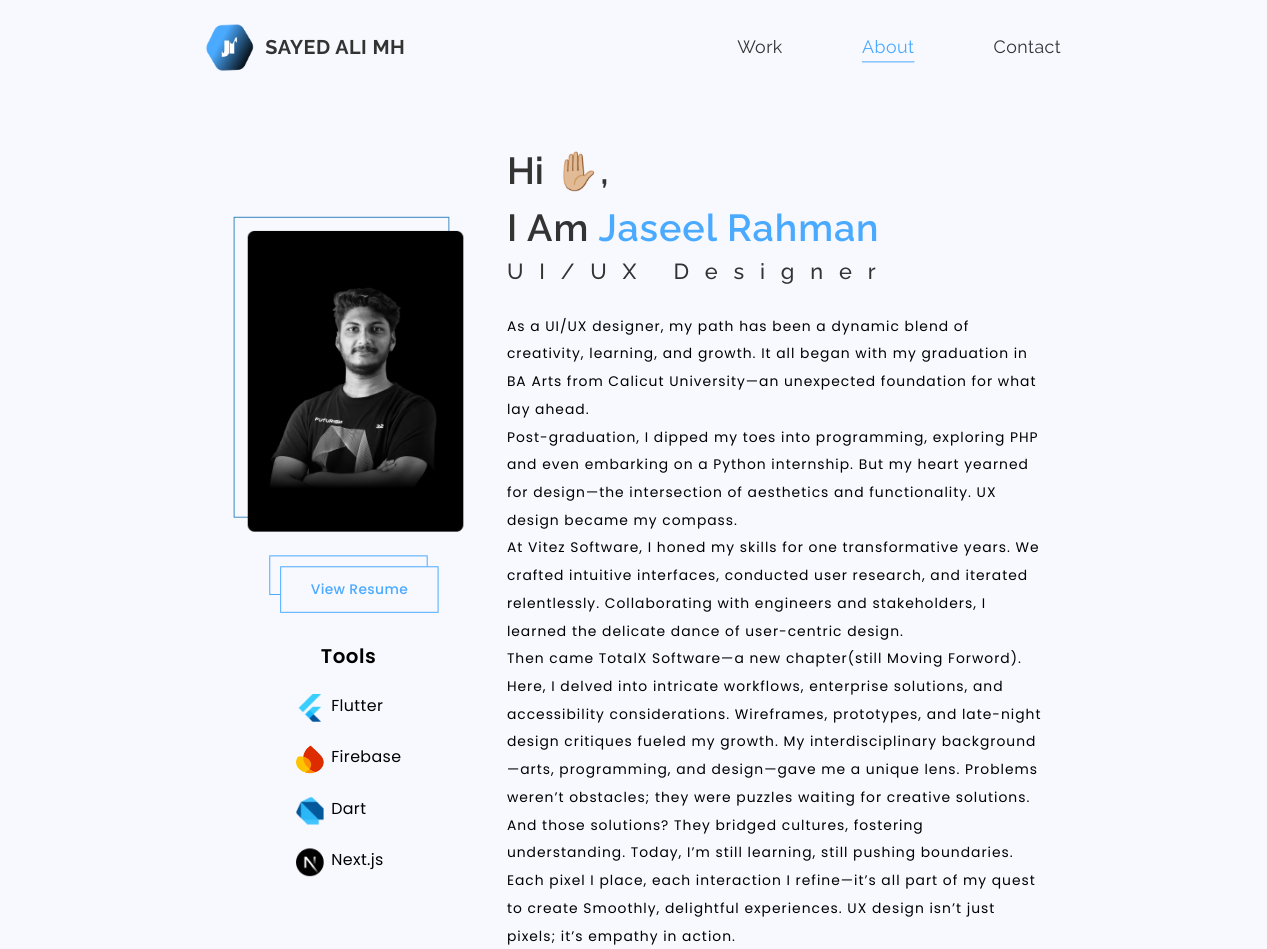
Repository: sayedali-2129/sayedali-portfolio
Page: /about
An editor plug-in stored every save of this project. The page is shown before and after the next save, followed by the edit.
The browser window is 1280 px wide. The pictures show the whole page, at 99% of full size.
The project was rebuilt for these pictures with package versions that can differ from the ones it lists, and the page was loaded fresh each time. The framework's server and built-in components were replaced by stand-ins that run in the browser. Also part of the build but not shown: next.config.ts.

Above is the page before, as saved 2025-05-25 17:04:17.

### src/app/about/page.tsx
import About from "@/features/about/presentation/About";

function AboutPage() {
  return <About />;
}
export default AboutPage;

### src/features/about/presentation/About.tsx
import NavBar from "@/features/home/components/NavBar";
import AboutBody from "../components/AboutBody";

function About() {
  return (
    <div>
      <NavBar />
      <AboutBody />
    </div>
  );
}

export default About;

### src/features/home/components/NavBar.tsx
"use client";

import CloseIcon from "@/assets/icons/close-icon.png";
import Logo from "@/assets/icons/logo.png";
import MenuIcon from "@/assets/icons/menu.png";
import Image from "next/image";
import Link from "next/link";
import { usePathname } from "next/navigation";
import { useEffect, useState } from "react";

export default function NavBar() {
  const [showMenu, setShowMenu] = useState(false);
  const [mounted, setMounted] = useState(false);
  const pathname = usePathname();

  useEffect(() => {
    setMounted(true);
  }, []);

  const openMenu = () => {
    setShowMenu(!showMenu);
  };

  const navBarItemClass =
    "text-TextColor sm:font-RalewayRegular sm:text-lg text-[16px] font-RalewaySemiBold tracking-wide hover:cursor-pointer hover:text-TextBlue";

  return (
    <div className="z-50 md:h-24 h-20 w-full bg-BackGroundColor fixed xl:px-52 md:px-32 sm:px-16 px-4 flex flex-row items-center justify-between">
      <ul className="flex gap-2 items-center">
        <li>
          <Link href="/">
            <Image
              src={Logo}
              alt="SAYED ALI MH LOGO"
              className="md:h-12 md:w-12 h-10 w-10"
            />
          </Link>
        </li>
        <li>
          <Link
            href="/"
            className="ml-1 text-TextColor md:text-xl text-[16px] font-RalewayBold tracking-wide"
          >
            SAYED ALI MH
          </Link>
        </li>
      </ul>

      <ul className="hidden sm:flex flex-row xl:gap-20 md:gap-14 sm:gap-9">
        <li>
          <Link
            href="/"
            className={`${
              pathname === "/"
                ? "text-TextBlue underline underline-offset-8"
                : "text-TextColor"
            } sm:font-RalewayRegular sm:text-lg text-[16px] font-RalewaySemiBold tracking-wide hover:cursor-pointer hover:text-TextBlue`}
          >
            Work
          </Link>
        </li>

        <li>
          <Link
            href="/about"
            className={`${
              pathname === "/about"
                ? "text-TextBlue underline underline-offset-8"
                : "text-TextColor"
            } sm:font-RalewayRegular sm:text-lg text-[16px] font-RalewaySemiBold tracking-wide hover:cursor-pointer hover:text-TextBlue`}
          >
            About
          </Link>
        </li>

        <li>
          <a
            href="mailto:sayedalimh@gmail.com"
            target="_blank"
            rel="noopener noreferrer"
            className={navBarItemClass}
          >
            Contact
          </a>
        </li>
      </ul>
      <Image
        src={MenuIcon}
        alt="Menu Icon"
        onClick={openMenu}
        className="flex sm:hidden h-8 w-8 hover:cursor-pointer"
      />
      {mounted && (
        <>
          <div
            className={`fixed inset-0 bg-black/50 transition-opacity duration-300 sm:hidden ${
              showMenu ? "opacity-100" : "opacity-0 pointer-events-none"
            }`}
            onClick={openMenu}
          />
          <div
            className={`z-50 flex sm:hidden flex-col gap-2 rounded-xl absolute top-24 left-1/2 transform -translate-x-1/2 bg-BackGroundColor p-3 w-60 items-center transition-all duration-300 ${
              showMenu
                ? "opacity-100 translate-y-0"
                : "opacity-0 -translate-y-4 pointer-events-none"
            }`}
          >
            <div className="flex flex-row justify-end w-full">
              <Image
                src={CloseIcon}
                alt="Menu Close Icon"
                onClick={openMenu}
                className="h-6 w-6 hover:cursor-pointer"
              />
            </div>
            <Link href="/" className={navBarItemClass}>
              Work
            </Link>
            <Link href="/about" className={navBarItemClass}>
              About
            </Link>
            <a
              href="mailto:sayedalimh@gmail.com"
              target="_blank"
              rel="noopener noreferrer"
              className={navBarItemClass}
            >
              Contact
            </a>
          </div>
        </>
      )}
    </div>
  );
}

### src/features/about/components/AboutBody.tsx
import DartIcon from "@/assets/icons/dart-icon.png";
import FirebaseIcon from "@/assets/icons/firebase-icon.png";
import FlutterIcon from "@/assets/icons/flutter-icon.png";
import NextIcon from "@/assets/icons/nextjs-icon.png";
import SayedAli from "@/assets/images/sayed ali.png";
import Image from "next/image";

export default function AboutBody() {
  return (
    <div className="pt-36 xl:px-52 md:px-20 sm:px-12 px-2 flex flex-wrap items-center justify-center md:gap-0 gap-12">
      <div className="md:w-1/3  flex flex-col items-center">
        <Image
          src={SayedAli}
          className="md:w-[232px] w-[200px] md:h-[318px] h-[270px] "
          alt="Sayed Ali Flutter Developer image"
        />
        <div className="mt-6 w-40 h-10  px-[10px] py-[10px] border border-TextBlue relative">
          <a
            href="https://drive.google.com/file/d/1XpBqr2Nca2le6zMz7zG3WaW7BrghwNyU/view"
            download="Jaseel Rahman CV.pdf"
            className="absolute w-40 border border-TextBlue bg-BackGroundColor flex items-center cursor-pointer justify-center px-5 py-3 text-[14px] text-TextBlue tracking-wide hover:underline underline-offset-4 font-PoppinsMedium"
          >
            View Resume
          </a>
        </div>

        <h3 className="mt-12 font-PoppinsSemiBold tracking-wide text-xl">
          Tools
        </h3>

        <div>
          <ul className="mt-6 flex gap-2">
            <li>
              <Image
                src={FlutterIcon}
                alt="FIGMA "
                className="md:w-7 w-6 md:h-7 h-6"
              />
            </li>
            <li>
              <h4 className=" font-PoppinsRegular tracking-wide text-base">
                Flutter
              </h4>
            </li>
          </ul>
          <ul className="mt-6 flex gap-2">
            <li>
              <Image
                src={FirebaseIcon}
                alt="Sketch "
                className="md:w-7 w-6 md:h-7 h-6"
              />
            </li>
            <li>
              <h4 className=" font-PoppinsRegular tracking-wide text-base">
                Firebase
              </h4>
            </li>
          </ul>
          <ul className="mt-6 flex gap-2">
            <li>
              <Image
                src={DartIcon}
                alt="Adobe Illustrator "
                className="md:w-7 w-6 md:h-7 h-6"
              />
            </li>
            <li>
              <h4 className=" font-PoppinsRegular tracking-wide text-base">
                Dart
              </h4>
            </li>
          </ul>
          <ul className="mt-6 flex gap-2">
            <li>
              <Image
                src={NextIcon}
                alt="Adobe Photoshop "
                className="md:w-7 w-6 md:h-7 h-6"
              />
            </li>
            <li>
              <h4 className=" font-PoppinsRegular tracking-wide text-base">
                Next.js
              </h4>
            </li>
          </ul>
        </div>
      </div>
      {/* right section */}
      <div className="sm:w-4/6 px-4 ">
        <h2 className="sm:text-[38px] text-[30px] font-RalewaySemiBold text-TextColor">
          Hi ✋🏼,
        </h2>
        <h2 className="sm:text-[38px] text-[30px] font-RalewaySemiBold text-TextColor tracking-wide">
          I Am <span className="text-TextBlue">Jaseel Rahman</span>
        </h2>
        <h3 className="text-TextColor font-RalewayMedium sm:text-[22px] text-[18px] sm:tracking-[16px] tracking-[12px]">
          UI/UX Designer
        </h3>
        <p className="mt-6 font-PoppinsRegular  text-[14px] leading-7 sm:tracking-[1px] tracking-[1px]">
          As a UI/UX designer, my path has been a dynamic blend of creativity,
          learning, and growth. It all began with my graduation in BA Arts from
          Calicut University—an unexpected foundation for what lay ahead.
          <br />
          Post-graduation, I dipped my toes into programming, exploring PHP and
          even embarking on a Python internship. But my heart yearned for
          design—the intersection of aesthetics and functionality. UX design
          became my compass. <br /> At Vitez Software, I honed my skills for one
          transformative years. We crafted intuitive interfaces, conducted user
          research, and iterated relentlessly. Collaborating with engineers and
          stakeholders, I learned the delicate dance of user-centric design.
          <br />
          Then came TotalX Software—a new chapter(still Moving Forword). Here, I
          delved into intricate workflows, enterprise solutions, and
          accessibility considerations. Wireframes, prototypes, and late-night
          design critiques fueled my growth. My interdisciplinary
          background—arts, programming, and design—gave me a unique lens.
          Problems weren’t obstacles; they were puzzles waiting for creative
          solutions. And those solutions? They bridged cultures, fostering
          understanding. Today, I’m still learning, still pushing boundaries.
          Each pixel I place, each interaction I refine—it’s all part of my
          quest to create Smoothly, delightful experiences. UX design isn’t just
          pixels; it’s empathy in action.
        </p>
      </div>
    </div>
  );
}

Loaded but not shown: src/app/layout.tsx (common file); src/app/globals.css (common file)

After the next save:
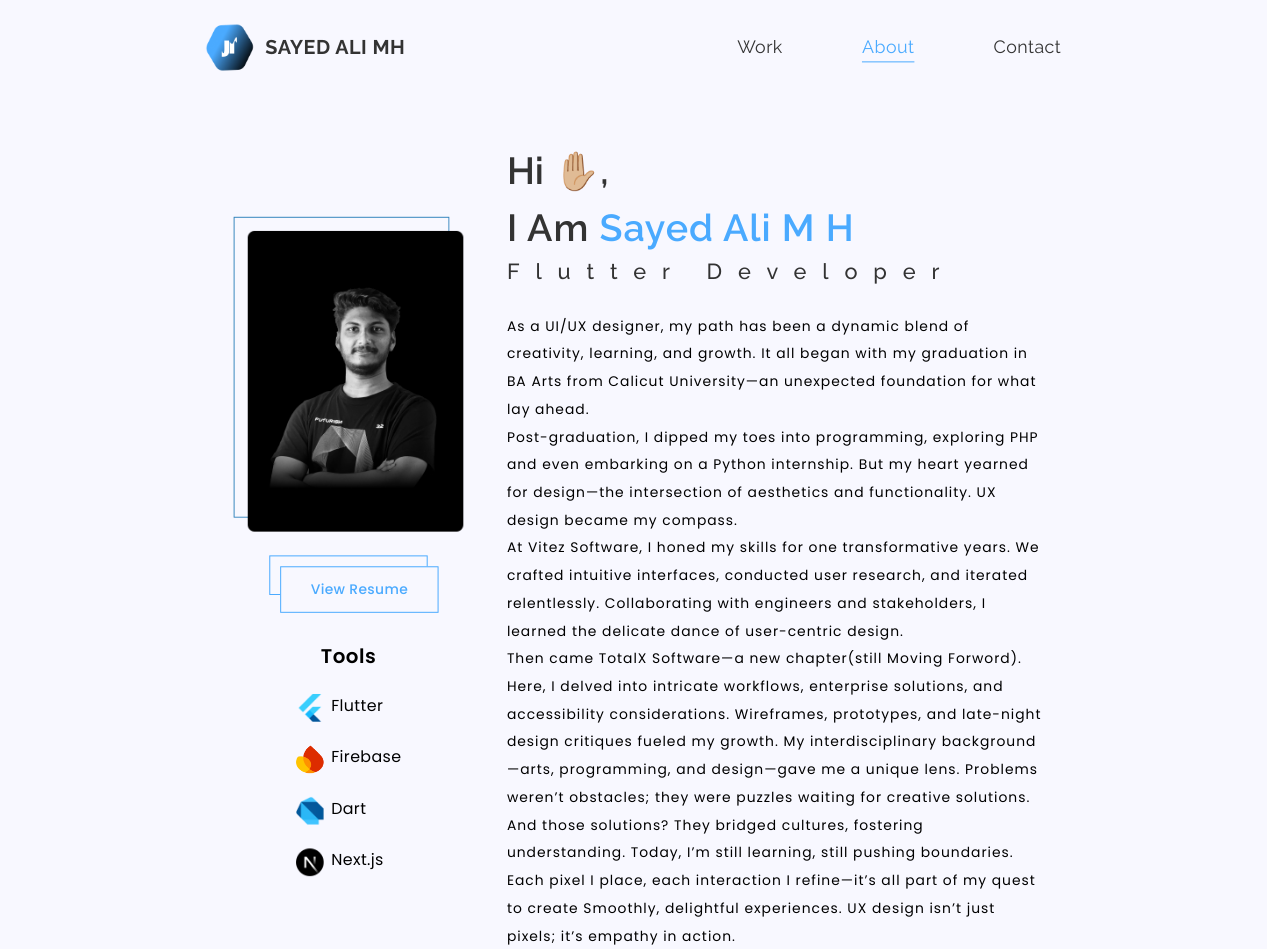
Saved 45 s later.
--- a/src/features/about/components/AboutBody.tsx
+++ b/src/features/about/components/AboutBody.tsx
@@ -93,10 +93,10 @@
           Hi ✋🏼,
         </h2>
         <h2 className="sm:text-[38px] text-[30px] font-RalewaySemiBold text-TextColor tracking-wide">
-          I Am <span className="text-TextBlue">Jaseel Rahman</span>
+          I Am <span className="text-TextBlue">Sayed Ali M H</span>
         </h2>
         <h3 className="text-TextColor font-RalewayMedium sm:text-[22px] text-[18px] sm:tracking-[16px] tracking-[12px]">
-          UI/UX Designer
+          Flutter Developer
         </h3>
         <p className="mt-6 font-PoppinsRegular  text-[14px] leading-7 sm:tracking-[1px] tracking-[1px]">
           As a UI/UX designer, my path has been a dynamic blend of creativity,
